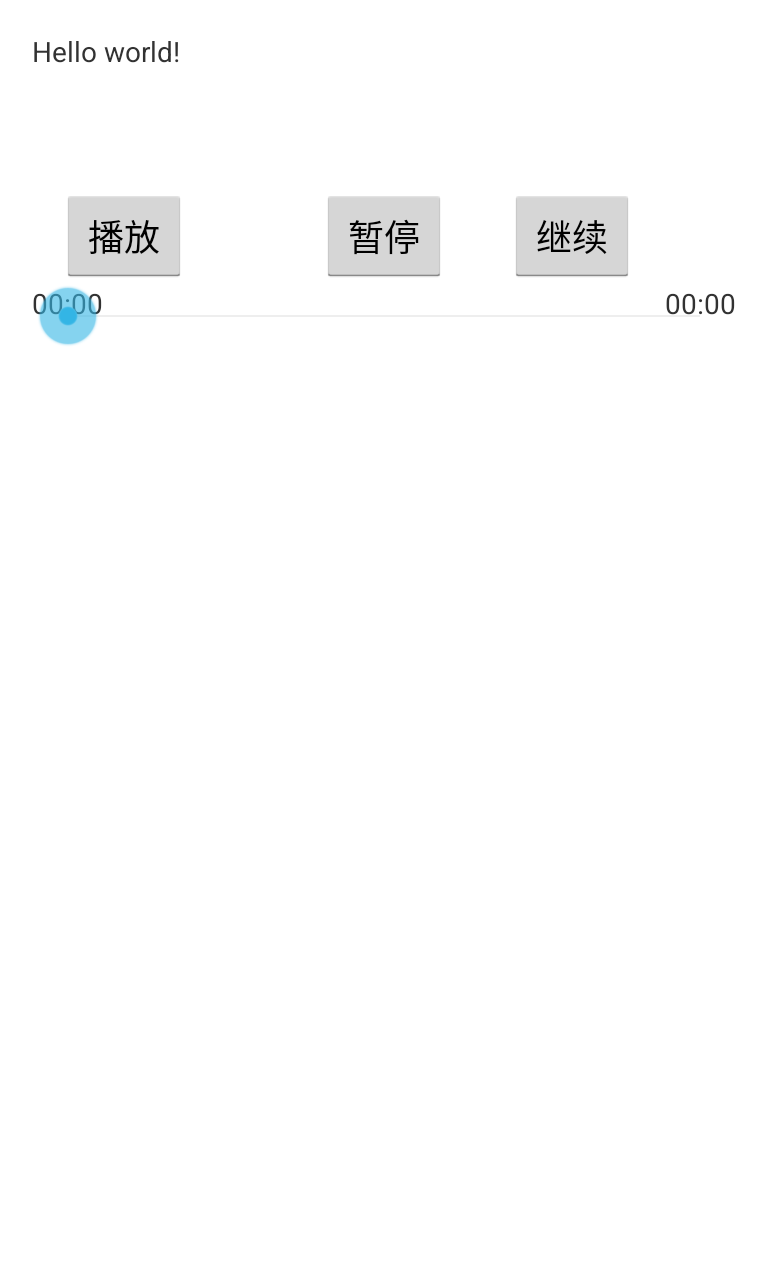
Repository: xfhy/Usually-learn-Android
Layout: 多媒体/7.百度音乐盒/res/layout/activity_main.xml
An editor plug-in stored every save of this project. The layout is shown before and after the next save, followed by the edit.
It is drawn on a 768 x 1280 px phone screen (xhdpi) without system bars, with theme AppTheme; the app's code is not run.

Above is the layout before, as saved 2017-02-09 07:55:35.

### 多媒体/7.百度音乐盒/res/layout/activity_main.xml
<RelativeLayout xmlns:android="http://schemas.android.com/apk/res/android"
    xmlns:tools="http://schemas.android.com/tools"
    android:layout_width="match_parent"
    android:layout_height="match_parent"
    android:paddingBottom="@dimen/activity_vertical_margin"
    android:paddingLeft="@dimen/activity_horizontal_margin"
    android:paddingRight="@dimen/activity_horizontal_margin"
    android:paddingTop="@dimen/activity_vertical_margin"
    tools:context="com.itheima.baidumusic.MainActivity$PlaceholderFragment" >

    <TextView
        android:id="@+id/textView1"
        android:layout_width="wrap_content"
        android:layout_height="wrap_content"
        android:text="@string/hello_world" />

    <Button
        android:id="@+id/bt_play"
        android:layout_width="wrap_content"
        android:layout_height="wrap_content"
        android:layout_alignLeft="@+id/textView1"
        android:layout_below="@+id/textView1"
        android:layout_marginLeft="14dp"
        android:layout_marginTop="59dp"
        android:text="播放" />

    <Button
        android:id="@+id/bt_pause"
        android:layout_width="wrap_content"
        android:layout_height="wrap_content"
        android:layout_alignTop="@+id/bt_play"
        android:layout_centerHorizontal="true"
        android:text="暂停" />

    <Button
        android:id="@+id/bt_re"
        android:layout_width="wrap_content"
        android:layout_height="wrap_content"
        android:layout_alignBaseline="@+id/bt_pause"
        android:layout_alignBottom="@+id/bt_pause"
        android:layout_marginLeft="30dp"
        android:layout_toRightOf="@+id/bt_pause"
        android:text="继续" />

    <RelativeLayout
        android:layout_width="wrap_content"
        android:layout_height="wrap_content"
        android:layout_below="@id/bt_re" >

        <TextView
            android:id="@+id/tv_current_time"
            android:layout_width="wrap_content"
            android:layout_height="wrap_content"
            android:text="00:00" />

        <!-- 可以拖动的进度条 -->

        <SeekBar
            android:id="@+id/sb_seekm"
            android:layout_width="match_parent"
            android:layout_height="wrap_content"
            android:layout_marginLeft="2dp"
            android:layout_marginRight="2dp" />

        <TextView
            android:id="@+id/tv_duration_time"
            android:layout_width="wrap_content"
            android:layout_height="wrap_content"
            android:layout_alignParentRight="true"
            android:text="00:00" />

    </RelativeLayout>

</RelativeLayout>

### 多媒体/7.百度音乐盒/res/values/strings.xml
<?xml version="1.0" encoding="utf-8"?>
<resources>

    <string name="app_name">7.百度音乐盒</string>
    <string name="hello_world">Hello world!</string>
    <string name="action_settings">Settings</string>

</resources>

Loaded but not shown: 多媒体/7.百度音乐盒/res/values/styles.xml (common file); 多媒体/7.百度音乐盒/res/values-v11/styles.xml (common file); 多媒体/7.百度音乐盒/res/values-v14/styles.xml (common file); 多媒体/7.百度音乐盒/res/values/dimens.xml (common file); 多媒体/7.百度音乐盒/res/values-w820dp/dimens.xml (common file)

After the next save:
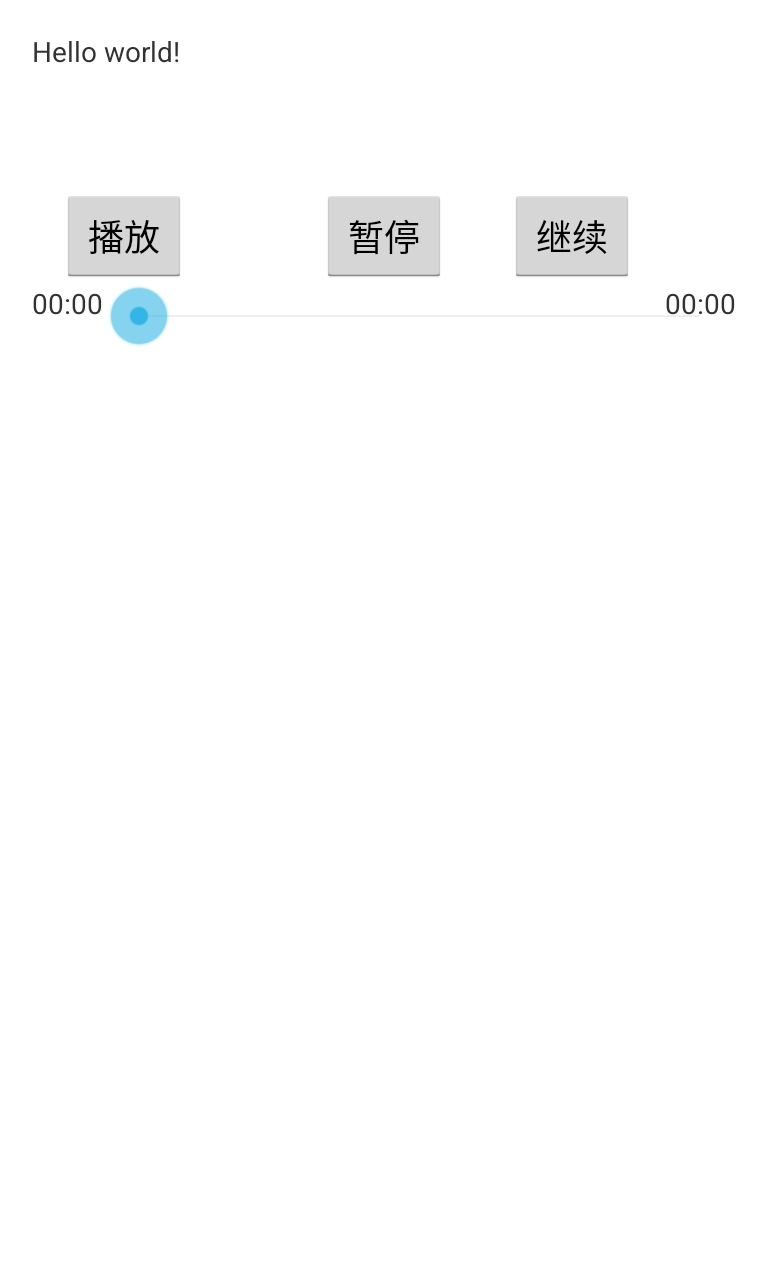
Saved 62 s later.
--- a/多媒体/7.百度音乐盒/res/layout/activity_main.xml
+++ b/多媒体/7.百度音乐盒/res/layout/activity_main.xml
@@ -59,6 +59,7 @@
             android:id="@+id/sb_seekm"
             android:layout_width="match_parent"
             android:layout_height="wrap_content"
+            android:layout_toRightOf="@id/tv_current_time"
             android:layout_marginLeft="2dp"
             android:layout_marginRight="2dp" />
 
